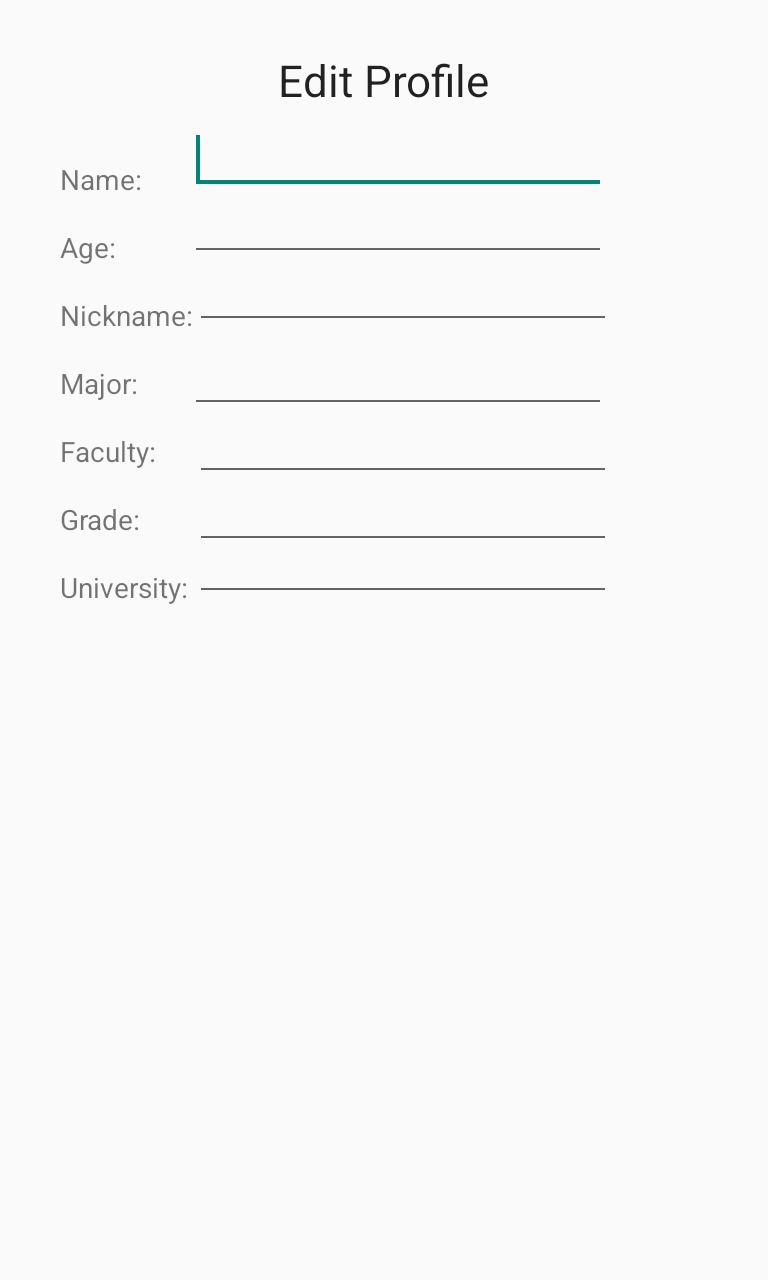
Repository: Android55410599/PROFILE
Layout: Resume_55410559/res/layout/resume.xml
The author's editor kept a copy of each file at every save. The layout is drawn from the files as they stood at one save, then again after the next save.
It is drawn on a 768 x 1280 px phone screen (xhdpi) without system bars, with theme AppTheme; the app's code is not run.

Above is the layout before, as saved 2014-09-06 02:35:49.

### Resume_55410559/res/layout/resume.xml
<?xml version="1.0" encoding="utf-8"?>
<RelativeLayout xmlns:android="http://schemas.android.com/apk/res/android"
    android:layout_width="match_parent"
    android:layout_height="match_parent" >

	<TextView
	    android:id="@+id/Textview1"
	    android:layout_width="wrap_content"
	    android:layout_height="wrap_content"
	    android:layout_marginLeft="30dp"
	    android:layout_marginTop="80dp"
	    android:text="Name: " />

	<TextView
	    android:id="@+id/textView2"
	    android:layout_width="wrap_content"
	    android:layout_height="wrap_content"
	    android:layout_alignParentLeft="true"
	    android:layout_below="@+id/Textview1"
	    android:layout_marginLeft="30dp"
	    android:layout_marginTop="15dp"
	    android:text="Age:" />

	<TextView
	    android:id="@+id/textView3"
	    android:layout_width="wrap_content"
	    android:layout_height="wrap_content"
	    android:layout_alignLeft="@+id/textView2"
	    android:layout_below="@+id/textView2"
	    android:layout_marginTop="15dp"
	    android:text="Nickname:" />

	<TextView
	    android:id="@+id/textView4"
	    android:layout_width="wrap_content"
	    android:layout_height="wrap_content"
	    android:layout_alignParentLeft="true"
	    android:layout_below="@+id/textView3"
	    android:layout_marginLeft="30dp"
	    android:layout_marginTop="15dp"
	    android:text="Major:" />

	<TextView
	    android:id="@+id/textView5"
	    android:layout_width="wrap_content"
	    android:layout_height="wrap_content"
	    android:layout_alignParentLeft="true"
	    android:layout_below="@+id/textView4"
	    android:layout_marginLeft="30dp"
	    android:layout_marginTop="15dp"
	    android:text="Faculty:" />

	<TextView
	    android:id="@+id/textView6"
	    android:layout_width="wrap_content"
	    android:layout_height="wrap_content"
	    android:layout_alignParentLeft="true"
	    android:layout_below="@+id/textView5"
	    android:layout_marginLeft="30dp"
	    android:layout_marginTop="15dp"
	    android:text="Grade:" />

	<TextView
	    android:id="@+id/textView7"
	    android:layout_width="wrap_content"
	    android:layout_height="wrap_content"
	    android:layout_alignParentLeft="true"
	    android:layout_below="@+id/textView6"
	    android:layout_marginLeft="30dp"
	    android:layout_marginTop="15dp"
	    android:text="University:" />

	<TextView
	    android:id="@+id/textView8"
	    android:layout_width="wrap_content"
	    android:layout_height="wrap_content"
	    android:layout_alignParentTop="true"
	    android:layout_centerHorizontal="true"
	    android:layout_marginTop="25dp"
	    android:text="Edit Profile"
	    android:textAppearance="?android:attr/textAppearanceLarge" />

	<EditText
	    android:id="@+id/editText1"
	    android:layout_width="wrap_content"
	    android:layout_height="wrap_content"
	    android:layout_above="@+id/textView2"
	    android:layout_toRightOf="@+id/textView7"
	    android:ems="10"
	    android:inputType="textPersonName" >

	    <requestFocus />
	</EditText>

	<EditText
	    android:id="@+id/editText2"
	    android:layout_width="wrap_content"
	    android:layout_height="wrap_content"
	    android:layout_alignBottom="@+id/textView2"
	    android:layout_alignLeft="@+id/editText1"
	    android:ems="10" />

	<EditText
	    android:id="@+id/editText3"
	    android:layout_width="wrap_content"
	    android:layout_height="wrap_content"
	    android:layout_alignBottom="@+id/textView3"
	    android:layout_toRightOf="@+id/textView3"
	    android:ems="10" />

	<EditText
	    android:id="@+id/editText4"
	    android:layout_width="wrap_content"
	    android:layout_height="wrap_content"
	    android:layout_alignBaseline="@+id/textView4"
	    android:layout_alignBottom="@+id/textView4"
	    android:layout_toRightOf="@+id/textView7"
	    android:ems="10" />

	<EditText
	    android:id="@+id/editText5"
	    android:layout_width="wrap_content"
	    android:layout_height="wrap_content"
	    android:layout_alignBaseline="@+id/textView5"
	    android:layout_alignBottom="@+id/textView5"
	    android:layout_alignLeft="@+id/editText3"
	    android:ems="10" />

	<EditText
	    android:id="@+id/editText7"
	    android:layout_width="wrap_content"
	    android:layout_height="wrap_content"
	    android:layout_alignBottom="@+id/textView7"
	    android:layout_alignLeft="@+id/editText6"
	    android:ems="10" />

	<EditText
	    android:id="@+id/editText6"
	    android:layout_width="wrap_content"
	    android:layout_height="wrap_content"
	    android:layout_alignBaseline="@+id/textView6"
	    android:layout_alignBottom="@+id/textView6"
	    android:layout_alignLeft="@+id/editText5"
	    android:ems="10" />

</RelativeLayout>

Loaded but not shown: Resume_55410559/res/values/styles.xml (common file); Resume_55410559/res/values-v11/styles.xml (common file); Resume_55410559/res/values-v14/styles.xml (common file)

After the next save:
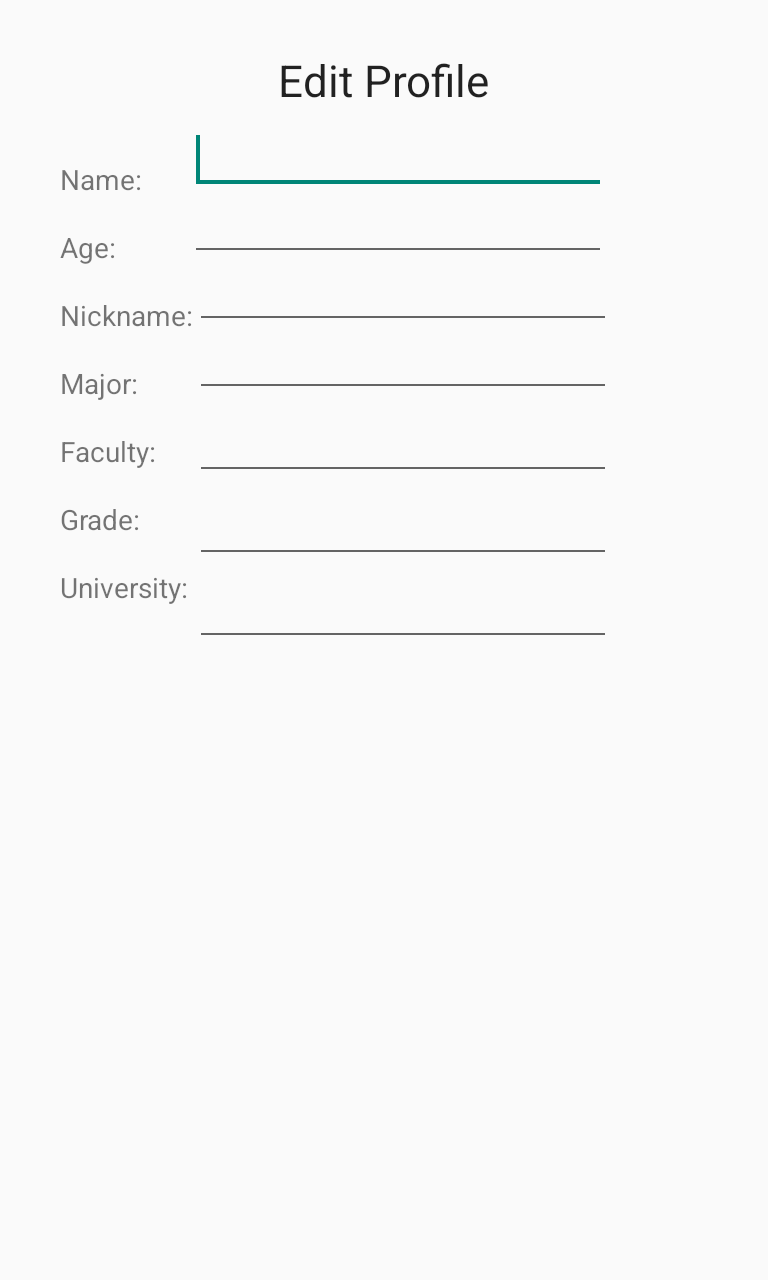
Saved 89 s later.
--- a/Resume_55410559/res/layout/resume.xml
+++ b/Resume_55410559/res/layout/resume.xml
@@ -98,6 +98,7 @@
 	    android:layout_height="wrap_content"
 	    android:layout_alignBottom="@+id/textView2"
 	    android:layout_alignLeft="@+id/editText1"
+	    android:layout_marginTop="15dp"
 	    android:ems="10" />
 
 	<EditText
@@ -105,6 +106,7 @@
 	    android:layout_width="wrap_content"
 	    android:layout_height="wrap_content"
 	    android:layout_alignBottom="@+id/textView3"
+	    android:layout_marginTop="15dp"
 	    android:layout_toRightOf="@+id/textView3"
 	    android:ems="10" />
 
@@ -112,35 +114,32 @@
 	    android:id="@+id/editText4"
 	    android:layout_width="wrap_content"
 	    android:layout_height="wrap_content"
-	    android:layout_alignBaseline="@+id/textView4"
-	    android:layout_alignBottom="@+id/textView4"
-	    android:layout_toRightOf="@+id/textView7"
+	    android:layout_above="@+id/textView5"
+	    android:layout_alignLeft="@+id/editText3"
 	    android:ems="10" />
 
 	<EditText
 	    android:id="@+id/editText5"
 	    android:layout_width="wrap_content"
 	    android:layout_height="wrap_content"
-	    android:layout_alignBaseline="@+id/textView5"
-	    android:layout_alignBottom="@+id/textView5"
-	    android:layout_alignLeft="@+id/editText3"
+	    android:layout_alignLeft="@+id/editText4"
+	    android:layout_below="@+id/editText4"
+	    android:ems="10" />
+
+	<EditText
+	    android:id="@+id/editText6"
+	    android:layout_width="wrap_content"
+	    android:layout_height="wrap_content"
+	    android:layout_alignLeft="@+id/editText5"
+	    android:layout_below="@+id/editText5"
 	    android:ems="10" />
 
 	<EditText
 	    android:id="@+id/editText7"
 	    android:layout_width="wrap_content"
 	    android:layout_height="wrap_content"
-	    android:layout_alignBottom="@+id/textView7"
 	    android:layout_alignLeft="@+id/editText6"
-	    android:ems="10" />
-
-	<EditText
-	    android:id="@+id/editText6"
-	    android:layout_width="wrap_content"
-	    android:layout_height="wrap_content"
-	    android:layout_alignBaseline="@+id/textView6"
-	    android:layout_alignBottom="@+id/textView6"
-	    android:layout_alignLeft="@+id/editText5"
+	    android:layout_below="@+id/editText6"
 	    android:ems="10" />
 
 </RelativeLayout>
